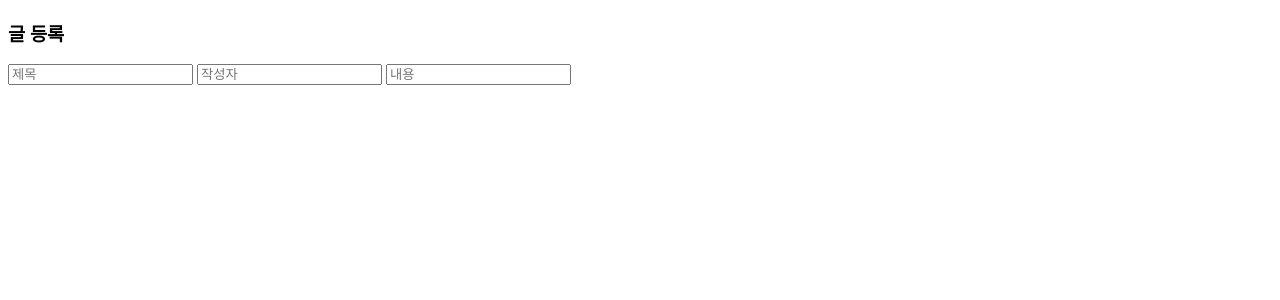
Repository: morisYu/bulletin_board
Page: http://localhost/jsp_board01/registForm.jsp
These files come from the project's save history. The page is drawn as it stood at one moment and after the next save; the edit follows.
The browser window is 1280 px wide. The pictures show the whole page.
The page is served by Tomcat 9.

Above is the page before, as saved 2022-06-08 14:54:53.

After the next save:
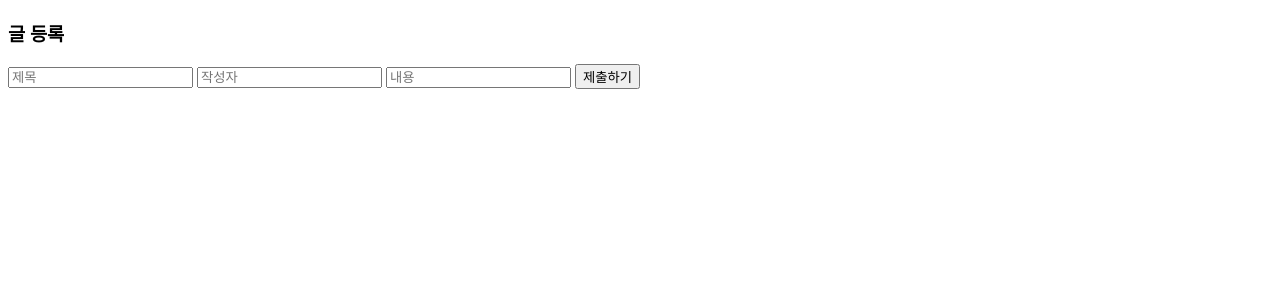
Saved 22 s later.
--- a/board02/jsp_board01/WebContent/registForm.jsp
+++ b/board02/jsp_board01/WebContent/registForm.jsp
@@ -12,6 +12,7 @@
 		<input type="text" name="title" placeholder="제목" required>
 		<input type="text" name="writer" placeholder="작성자" required>
 		<input type="text" name="content" placeholder="내용" required>
+		<input type="submit" value="제출하기">
 	</form>
 </body>
 </html>
